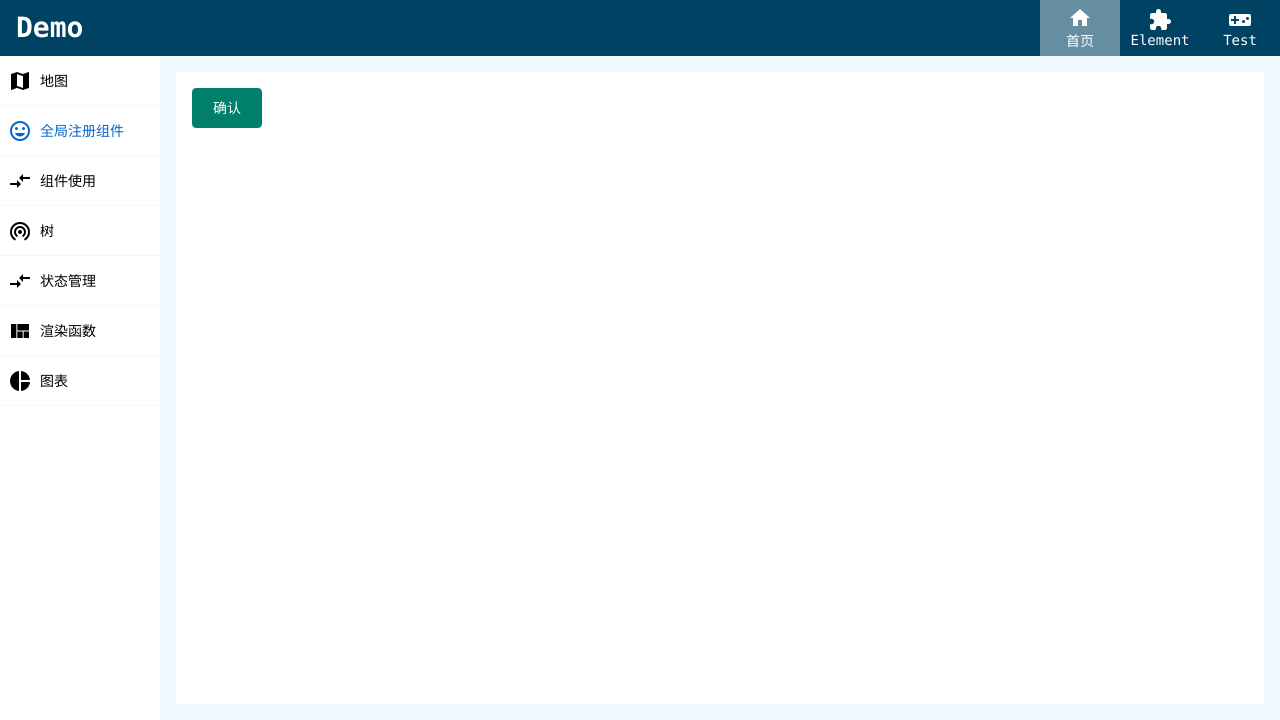
Repository: zh-webliker/element-vue
Page: /Main/Icon
An editor plug-in stored every save of this project. The page is shown before and after a run of saves, followed by the edit.
The browser window is 1280 px wide. The pictures show the whole page.
The project was rebuilt for these pictures with package versions that can differ from the ones it lists, and the page was loaded fresh each time. Also part of the build but not shown: vue.config.js, src/components/baseComponts/Basetitle.vue. Imported but missing from the stored project, and not drawn on this page: src/json/contour, src/json/hl.

Above is the page before, as saved 2020-09-11 16:16:08.

After the next 2 saves:
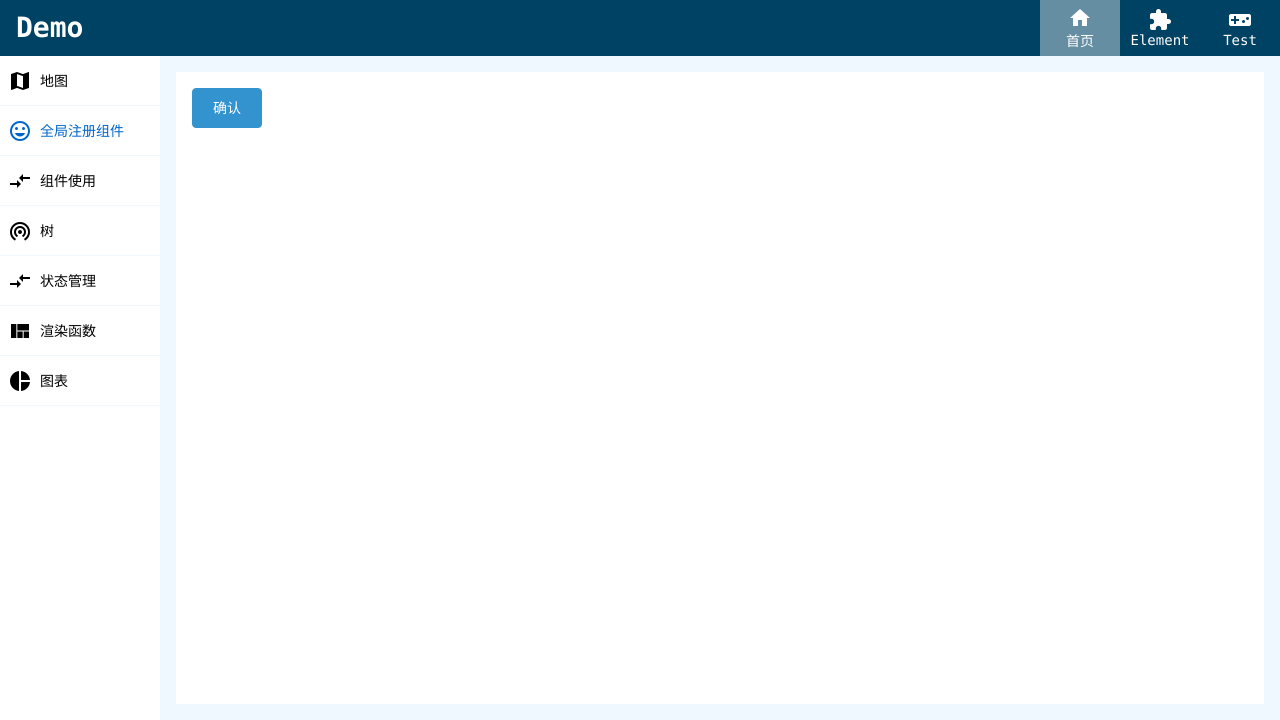
The 2 saves are shown as one change because 1 did not build or start.
The last was saved 4 min 2 s later.
--- a/src/style/element-variables.scss
+++ b/src/style/element-variables.scss
@@ -1,5 +1,6 @@
 /* 改变主题色变量 */
-$--color-primary: #00806a;
+// $--color-primary: #00806a;
+$--color-primary: rgb(51, 147, 207);
 
 /* 改变 icon 字体路径变量，必需 */
 $--font-path: '~element-ui/lib/theme-chalk/fonts';
